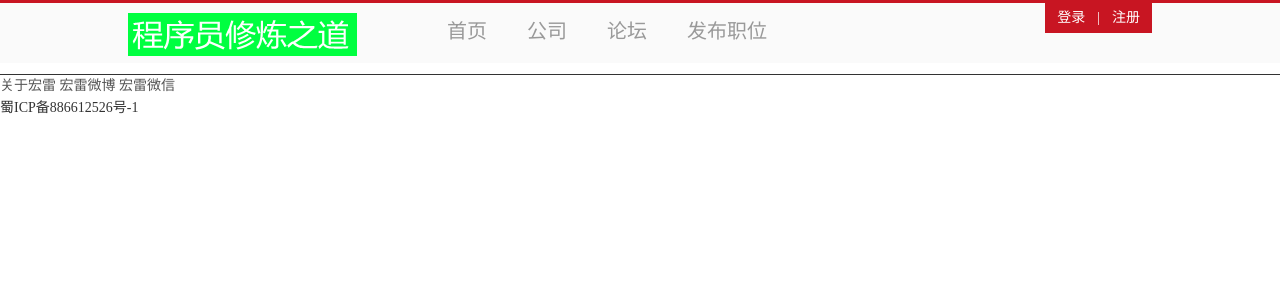
Repository: honglei92/javaweb_EE
Page: http://localhost/apple/
These files come from the project's save history. The page is drawn as it stood at one moment and after the next save; the edit follows.
The browser window is 1280 px wide. The pictures show the whole page.
The page is served by Tomcat 9.

Above is the page before, as saved 2013-09-02 06:17:01.

### apple/WebContent/index.html
<!DOCTYPE html PUBLIC "-//W3C//DTD HTML 4.01 Transitional//EN" "http://www.w3.org/TR/html4/loose.dtd">
<html xmlns:wb=“http://open.weibo.com/wb”>
<head>
<link rel="Shortcut Icon" href="images/whlicon.png">
<link rel="stylesheet" type="text/css" href="css/style.css">
<meta http-equiv="Content-Type" content="text/html; charset=UTF-8">
<title>&nbsp;王宏雷&nbsp;-&nbsp;致力成为注重实效的程序员</title>
<script src="http://tjs.sjs.sinajs.cn/open/api/js/wb.js"
	type="text/javascript" charset="utf-8"></script>
</head>
<body>
	<div id="body">
		<div id="header">
			<div class="wrapper">
				<a href="/" class="logo"> <img src="images/logo.png" width="229"
					height="43" alt="基础  投入  激情  耐心">
				</a>

				<ul class="reset" id="navheader">
					<li class="current"><a href="/">首页</a></li>
					<li><a href="/c/companylist.html">公司</a></li>
					<li><a href="/forum/list.html">论坛</a></li>
					<li><a href="/jobs/add.html">发布职位</a></li>
				</ul>

				<ul class="loginTop">
					<li><a href="/login.html" rel="nofollow">登录</a></li>
					<li>|</li>
					<li><a href="/register.html" rel="nofollow">注册</a></li>
				</ul>

				<wb:follow-button uid="1801806580" type="red_1" width="67"
					height="24" id="wbfocus"></wb:follow-button>
				<script type="text/javascript">

				</script>
			</div>
		</div>

		<div id="container"></div>
		<div id="footer">
			<div class="wrapper">
				<a href="/about.html" target="_blank" rel="nofollow">关于宏雷</a>
				<a href="http://weibo.com/youchuxi" target="_blank" rel="nofollow">宏雷微博</a>
				<a class="footer_qr" href="javascript:void(0)" rel="nofollow">宏雷微信</a>
				<div class="copyright">蜀ICP备886612526号-1</div>
			</div>
		</div>
	</div>
</body>
</html>

### apple/WebContent/css/style.css
@charset="utf-8";
html,body{
	height:100%;
}

#body{
	min-height: 100%;
	height: auto !important;
	height: 100%;
	margin: 0 0 -37px;
}

body{
	margin: 0;
	padding: 0;
	font: 14px/22px "微软雅黑","宋体","Arail";
	color: #333;
}

#header{
	height: 60px;
	background:#fafafa;
	border-top:3px solid #C81522;
}

#header .wrapper{
	width: 1024px;
	margin: 0 auto;
	position:relative;
	z-index: 10;
}

.logo{
	float: left;
	margin:10px 0 0 0 ;
}

#navheader{
	float: left;
	position: relative;
	margin-left: 30px;
	font-size:0;
}

#navheader li{
	height: 60px;
	display: inline-block;
	*dispaly:inline;
	*zoom:1;
	position: relative;
	z-index: 3;
	margin: 0;
	padding: 0 20px;
}

#navheader li.current{
	z-index:1;
}

#navheader li a{
	height: 57px;
	line-height: 57px;
	font-size: 20px;
	color:#999;
	float: left;
}

#navheader li.current.a{
	color:#333;
	border-bottom: 3px solid #019875;
}

#navheader li a:HOVER {
	color: #333;
}

#header ul.loginTop{
	margin: 0;
	padding: 0;
	list-style: none;
	position: absolute;
	right: 0;
	top: 0;
	overflow: hidden;
}

#header ul.loginTop li{
	float: left;
	color: #fff;
	height: 22px;
	background: #C81522;
	padding: 4px 0;
}

#header ul.loginTop a{
	color: #fff;
	padding: 0 12px;
}

#header ul.loginTop a:HOVER {
	color: #cceae3;
}

#wbfocus{
	float: right;
	margin: 5px 120px 0 0;
	height: 24px;
}

a{
	color: #555;
	text-decoration: none;
	cursor: pointer;
}

a:HOVER {
	color: #019875;
}

#footer{
	clear: both;
	height: 36px;
	border-top: 1px solid ;
}

After the next save:
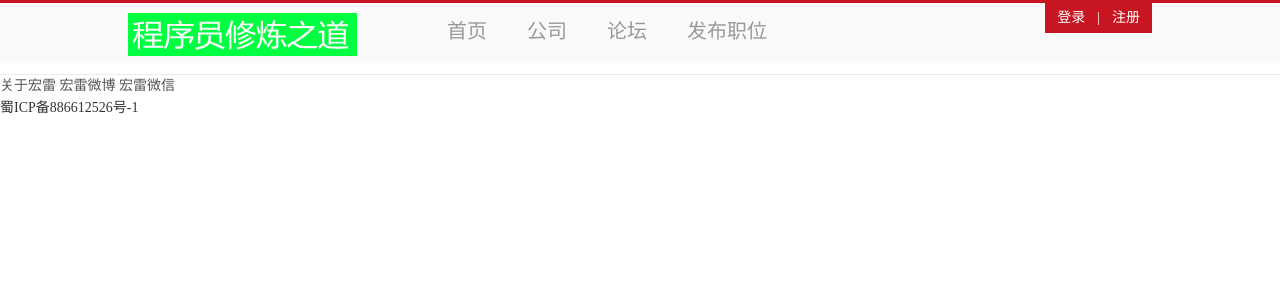
Saved 8 s later.
--- a/apple/WebContent/css/style.css
+++ b/apple/WebContent/css/style.css
@@ -120,5 +120,5 @@ a:HOVER {
 #footer{
 	clear: both;
 	height: 36px;
-	border-top: 1px solid ;
+	border-top: 1px solid #ebebeb;
 }
